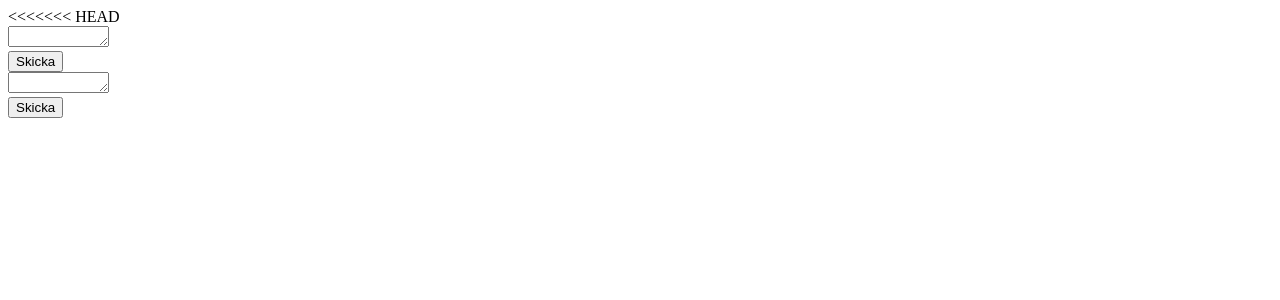
Repository: dg222dm/1dv403-laborationer
Page: 4-thequiz/index.html
The author's editor kept a record of every edit. The page is drawn from the files as they stood at one moment, then again after the next edit.
The browser window is 1280 px wide. The pictures show the whole page.

Above is the page before.
Console error: ReferenceError: lolgit is not defined

### 4-thequiz/index.html
<!DOCTYPE html>
<html>
<<<<<<< HEAD
    <head>
        <title>Quiz</title>
        <meta charset="utf-8">
        <link rel="stylesheet" href="css/stylesheet.css" media="screen"/>
    </head>
    <body>
        <main>
            <div id="question"></div>
            <textarea id="textarea" rows="1" cols="10"></textarea>
            <div id="response"></div>
            <input id="send" type="submit" value="Skicka" />
            <div id="results"></div>
        </main>
            <script src="script/quiz.js"></script>
    </body>

<head>
    <title>Quiz</title>
    <meta charset="utf-8">
</head>

<body>
<main>
    <div id="question"></div>
    <textarea id="textarea" rows="1" cols="10"></textarea>
    <div id="response"></div>
    <input id="send" type="submit" value="Skicka" />
    <div id="results"></div>
</main>
<script src="script/quiz.js"></script>
</body>
</html>

### 4-thequiz/script/quiz.js
lolgit

Loaded but not shown: 4-thequiz/css/stylesheet.css (no stored copy; drawn as an empty file)

After the next edit:
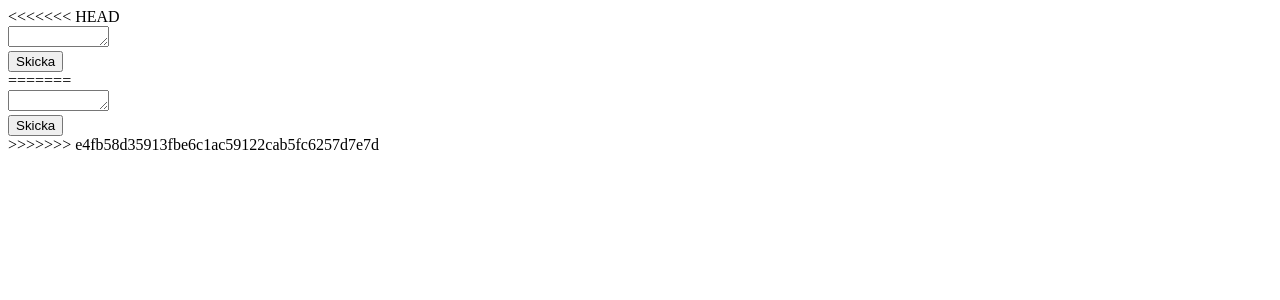
The edit:
--- a/4-thequiz/index.html
+++ b/4-thequiz/index.html
@@ -16,7 +16,7 @@
         </main>
             <script src="script/quiz.js"></script>
     </body>
-
+=======
 <head>
     <title>Quiz</title>
     <meta charset="utf-8">
@@ -32,4 +32,6 @@
 </main>
 <script src="script/quiz.js"></script>
 </body>
+
+>>>>>>> e4fb58d35913fbe6c1ac59122cab5fc6257d7e7d
 </html>
